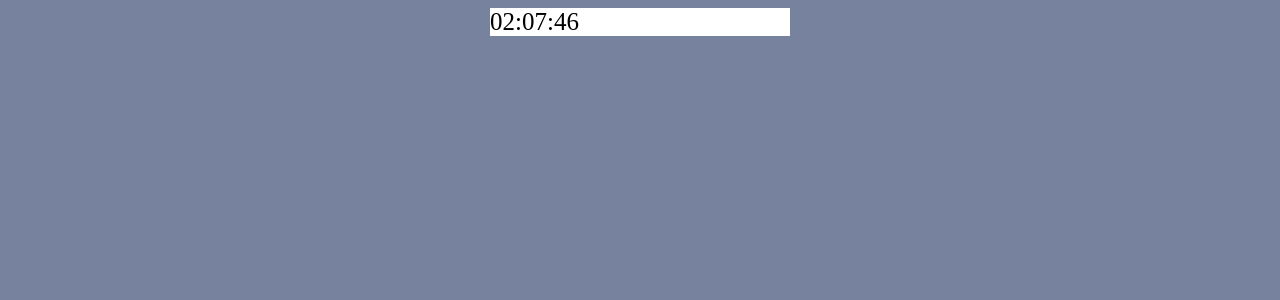
Repository: Tan-Khang21/TH_TKW--Buoi_03
Page: BT_ve_nha/Bai_1/left.html
These files come from the project's save history. The page is drawn as it stood at one moment and after the next save; the edit follows.
The browser window is 1280 px wide. The pictures show the whole page.

Above is the page before, as saved 2024-02-28 20:00:34.

### BT_ve_nha/Bai_1/left.html
<!DOCTYPE html>
<html lang="en">
  <head>
    <meta charset="UTF-8" />
    <meta name="viewport" content="width=device-width, initial-scale=1.0" />
    <title>Document</title>
  </head>
  <body style="background-color: #77829e">
    <div style="width: 600px; margin: 0 auto;">
      <div style="margin: 0 auto; width: 300px; background-color: white; font-size: 25px;">02:07:46</div>
    </div>
  </body>
</html>

After the next save:
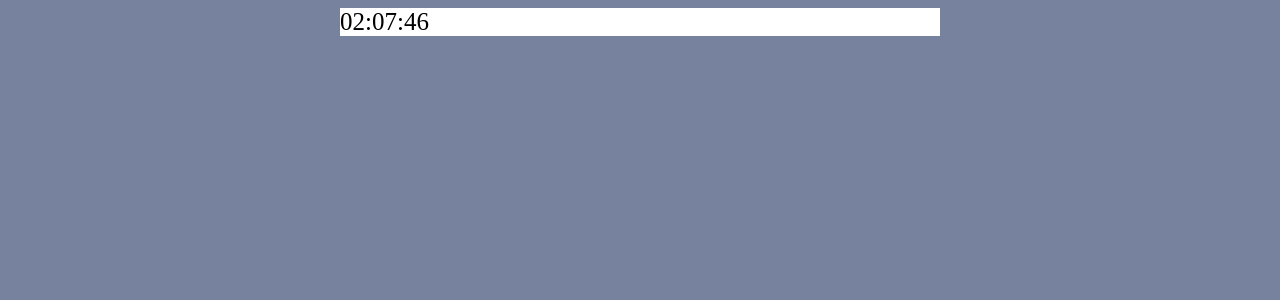
Saved 9 s later.
--- a/BT_ve_nha/Bai_1/left.html
+++ b/BT_ve_nha/Bai_1/left.html
@@ -7,7 +7,7 @@
   </head>
   <body style="background-color: #77829e">
     <div style="width: 600px; margin: 0 auto;">
-      <div style="margin: 0 auto; width: 300px; background-color: white; font-size: 25px;">02:07:46</div>
+      <div style="margin: 0 auto;  background-color: white; font-size: 25px;">02:07:46</div>
     </div>
   </body>
 </html>
